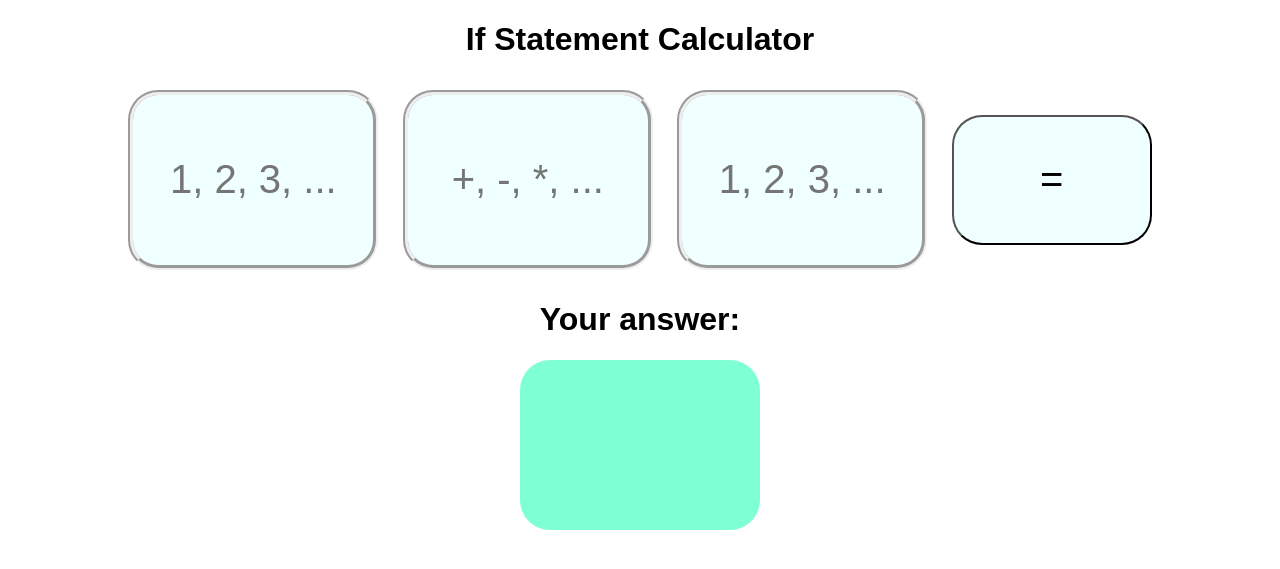
Repository: WesleyErasmus/threeInputCalculator
Page: html/if-calculator.html
An editor plug-in stored every save of this project. The page is shown before and after the next save, followed by the edit.
The browser window is 1280 px wide. The pictures show the whole page.

Above is the page before, as saved 2022-04-27 22:23:58.

After the next save:
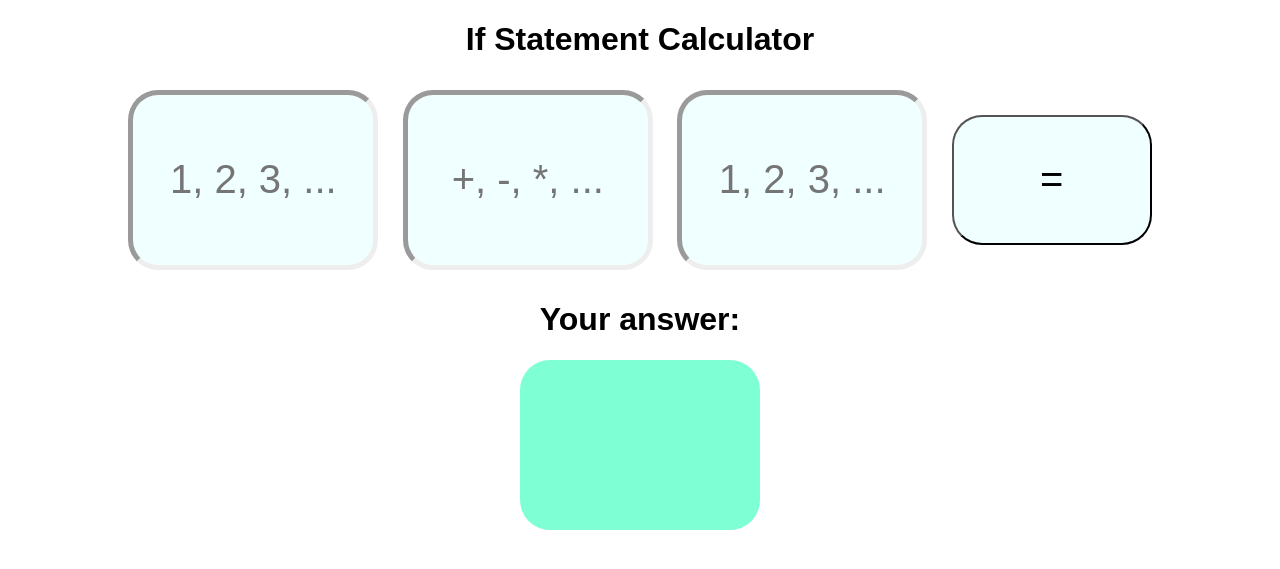
Saved 13 s later.
--- a/css/stylesheet.css
+++ b/css/stylesheet.css
@@ -15,7 +15,7 @@ input {
     font-size: 40px;
     border-radius: 30px;
     border: 5px solid;
-    border-style:groove;
+    border-style:inset;
 }
 button {
     background-color: azure;
